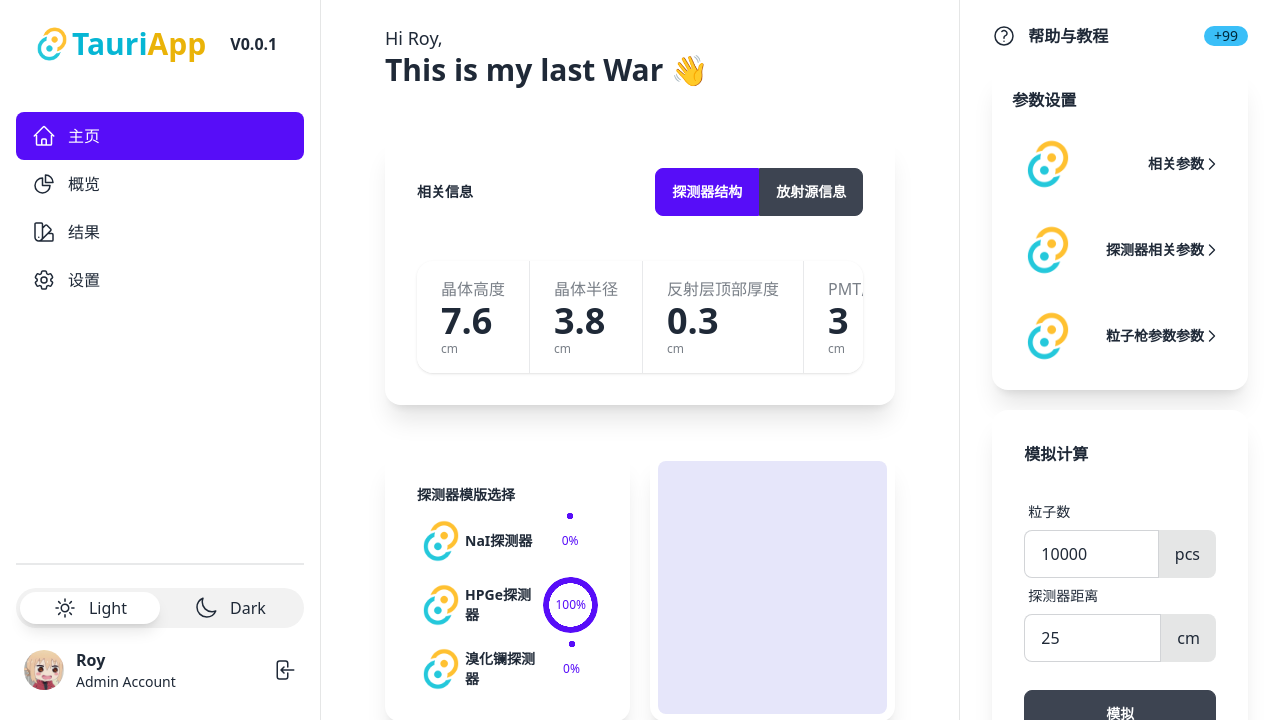
Repository: XMZOVO/tauri-geant4
Page: /
An editor plug-in stored every save of this project. The page is shown before and after the next save, followed by the edit.
The browser window is 1280 px wide. The pictures show the whole page.
The page's requests for data from a server got no answer. An inner scrolling area shows only its first screen. The project was rebuilt for these pictures with package versions that can differ from the ones it lists, and the page was loaded fresh each time. No one was signed in, and anything a server would have sent is missing. Also part of the build but not shown: vite.config.ts.

Above is the page before, as saved 2022-09-11 18:57:42.

After the next save:
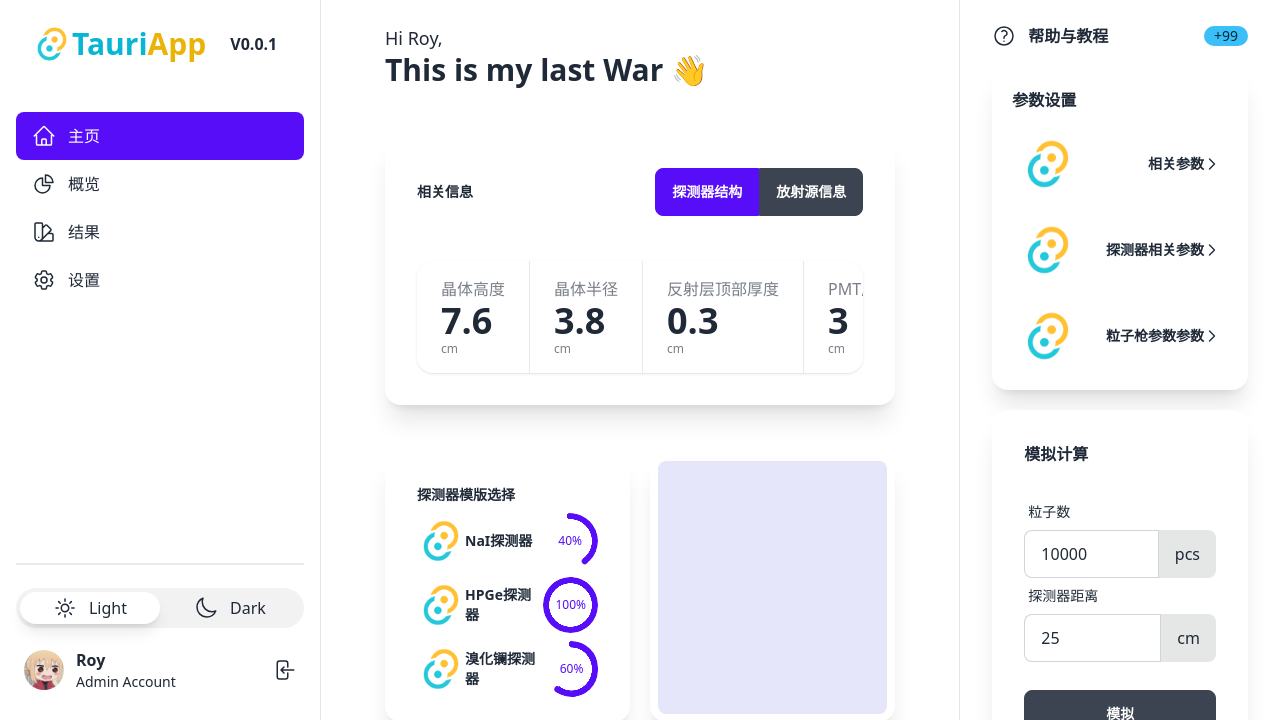
Saved 50 s later.
--- a/src/components/Home.vue
+++ b/src/components/Home.vue
@@ -36,9 +36,9 @@ const radioactiveProperties = ref([
   { name: "5", value: 10, unit: "" },
 ]);
 const detectorList = ref([
-  { name: "NaI探测器", percent: 0 },
+  { name: "NaI探测器", percent: 40 },
   { name: "HPGe探测器", percent: 100 },
-  { name: "溴化镧探测器", percent: 0 },
+  { name: "溴化镧探测器", percent: 60 },
 ]);
 const paticleParameters = ref([
   { name: "粒子数", value: 10000, unit: "pcs" },
